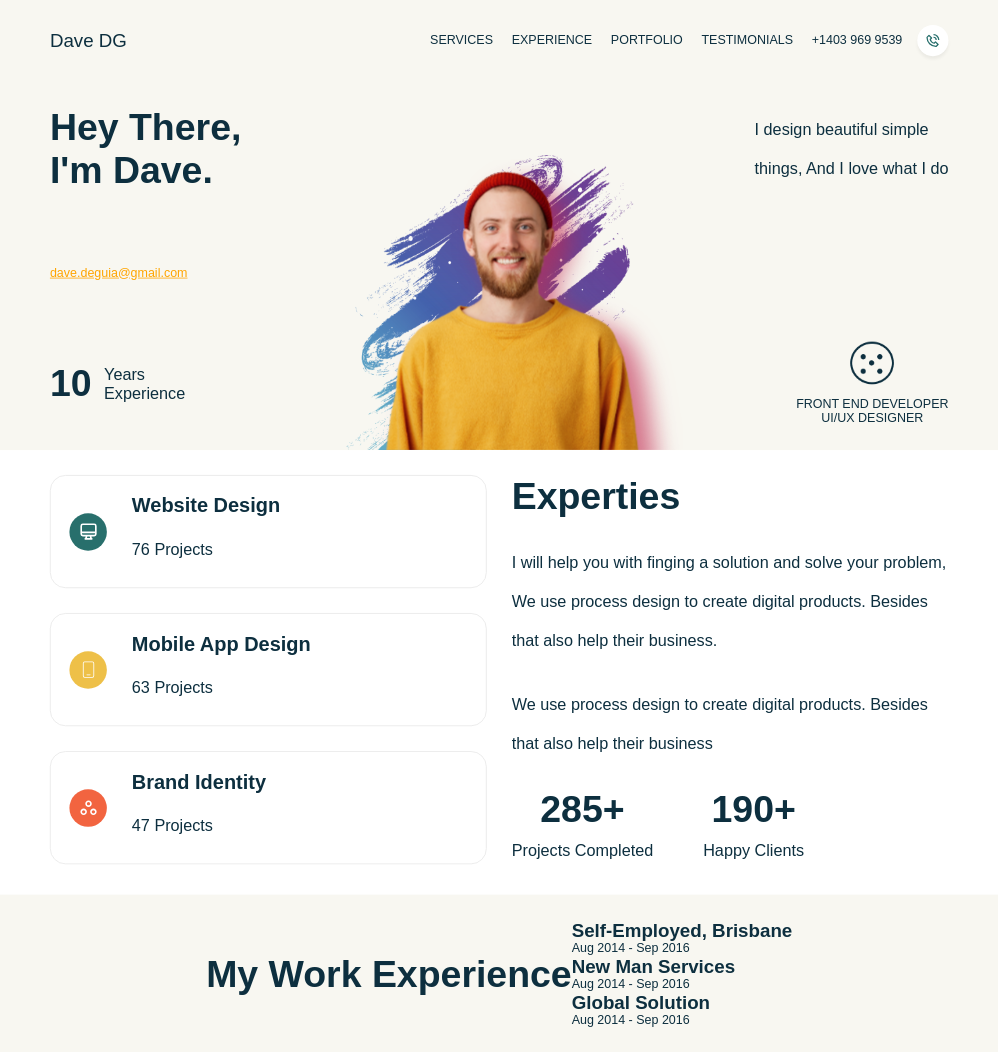
Repository: davedeguia/framer-motion-portfolio
Page: /
These files come from the project's save history. The page is drawn as it stood at one moment and after the next save; the edit follows.
The browser window is 1280 px wide. The pictures show the whole page, at 78% of full size.
Some web fonts or font styles are not loaded; a fallback is used. The project was rebuilt for these pictures with package versions that can differ from the ones it lists, and the page was loaded fresh each time. Also part of the build but not shown: vite.config.js, src/components/Works/Works.module.scss.

Above is the page before, as saved 2023-02-10 17:23:46.

### index.html
<!DOCTYPE html>
<html lang="en">
  <head>
    <meta charset="UTF-8" />
    <link rel="icon" type="image/svg+xml" href="/vite.svg" />
    <meta name="viewport" content="width=device-width, initial-scale=1.0" />
    <link rel="stylesheet" href="https://stijndv.com/fonts/Eudoxus-Sans.css" />
      <title>Dave DG</title>
  </head>
  <body>
    <div id="root"></div>
    <script type="module" src="/src/main.jsx"></script>
  </body>
</html>

### src/main.jsx
import React from 'react'
import ReactDOM from 'react-dom/client'
import App from './App'
import './styles/index.css'
import './styles/global.scss'

ReactDOM.createRoot(document.getElementById('root')).render(
  <React.StrictMode>
    <App />
  </React.StrictMode>
)

### src/App.jsx
import Experties from './components/Experties/Experties'
import Header from './components/Header/Header'
import Hero from './components/Hero/Hero'
import Works from './components/Works/Works'
import css from './styles/app.module.scss'

const App = () => {
  return (
    <div className={`bg-primary ${css.container}`}>
      <Header />
      <Hero />
      <Experties />
      <Works />
    </div>
  )
}

export default App

### src/styles/index.css
* {
    margin: 0;
    padding: 0;
    box-sizing: border-box;
    scroll-behavior: smooth;
    font-family: "Eudoxus Sans", sans-serif;
  }

### src/styles/global.scss
@import './constants.scss';

.bg-primary {
  background: #F8F7F1;
}

.innerWidth {
  @media (min-width: $xxl) {
    max-width: 1280px;
    margin: auto;
  }

  width: 100%;
}

.paddings {
  @media (min-width: $sm) {
    padding: 4rem;
  }


  @media (min-width: $xl),
  (min-width: $md) {
    padding-top: 2rem;
    padding-bottom: 2rem;
  }

  padding-left: 1.5rem;
  padding-right: 1.5rem;
  padding-top: 1.5rem;
  padding-bottom: 1.5rem;
}



.xPaddings {
  @media (min-width: $sm) {
    padding-left: 4rem;
    padding-right: 4rem;
  }

  padding-left: 1.5rem;
  /* 24px */
  padding-right: 1.5rem;
  /* 24px */
}

.yPaddings {
  @media (min-width: $sm) {
    padding-top: 4rem;
    padding-bottom: 4rem;
  }

  @media (min-width: $xl) {
    padding-top: 2rem;
    padding-bottom: 2rem;
  }

  padding-top: 3rem;
  padding-bottom: 3rem;
}

.topPaddings {
  @media (min-width : $sm) {
    padding-top: 4rem;
  }

  @media (min-width: $xl) {
    padding-top: 2rem;
  }

  padding-top: 3rem;
}


.bottomPaddings {
  @media (min-width : $sm) {
    padding-bottom: 4rem;
  }

  @media (min-width: $xl) {
    padding-bottom: 2rem;
  }

  padding-bottom: 3rem;
}


.flexCenter {
  display: flex;
  justify-content: center;
  align-items: center;
}

.flexStart {
  display: flex;
  justify-content: start;
  align-items: center;
}

.flexEnd {
  display: flex;
  justify-items: end;
}

.primaryText {
  @media (max-width: $sm) {
    font-size: 2.5rem;
  }
  font-size: 3rem;
  font-weight: bold;
}

.secondaryText {
  @media (max-width: $sm) {
    font-size: 1.1rem;
    line-height: 40px;
  }
  line-height: 50px;
  font-size: 1.3rem;
  font-weight: 500
}
.anchor {
  display: block;
  position: relative;
  top: -100px;
  visibility: hidden;
}

### src/components/Experties/Experties.jsx
import React from 'react'
import css from './Experties.module.scss'
import { projectExperience, WhatDoIHelp } from '../../utils/data'
import { motion } from 'framer-motion'
import { fadeIn, staggerContainer, textVariant } from '../../utils/motion.js'

const Experties = () => {
  return (
    <motion.section
      variants={staggerContainer}
      initial='hidden'
      whileInView='show'
      viewport={{ once: false, amount: 0.25 }}
      className={css.wrapper}
    >
      <div
        className={`paddings yPaddings flexCenter innerWidth ${css.container}`}
      >
        <div className={css.leftSide}>
          {projectExperience.map((exp, i) => {
            return (
              <motion.div
                variants={fadeIn('right', 'tween', (i + 1) * 0.2, 1)}
                className={css.exp}
                key={i}
              >
                <div className='flexCenter' style={{ background: exp.bg }}>
                  <exp.icon size={25} color='white' />
                </div>

                <div>
                  <span>{exp.name}</span>
                  <span className='secondaryText'>{exp.projects} Projects</span>
                </div>
              </motion.div>
            )
          })}
        </div>
        <motion.div variants={textVariant(0.5)} className={css.rightSide}>
          <span className='primaryText'>Experties </span>
          {WhatDoIHelp.map((paragraph, i) => {
            return (
              <span className='secondaryText' key={i}>
                {paragraph}
              </span>
            )
          })}

          <div className={`flexCenter ${css.stats}`}>
            <div className={`flexCenter ${css.stat}`}>
              <span className='primaryText'>285+</span>
              <span className='secondaryText'>Projects Completed</span>
            </div>

            <div className={`flexCenter ${css.stat}`}>
              <span className='primaryText'>190+</span>
              <span className='secondaryText'>Happy Clients</span>
            </div>
          </div>
        </motion.div>
      </div>
    </motion.section>
  )
}

export default Experties

### src/components/Header/Header.jsx
import React, { useState } from 'react'
import css from './Header.module.scss'
import { BiMenuAltRight, BiPhoneCall } from 'react-icons/bi'
import { motion } from 'framer-motion'
import { getMenuStyles, headerVariants } from '../../utils/motion'
import useHeaderShadow from '../../hooks/useHeaderShadow'

const Header = () => {
  const [menuOpened, setMenuOpened] = useState(false)
  const headerShadow = useHeaderShadow()
  return (
    <motion.div
      initial='hidden'
      whileInView='show'
      variants={headerVariants}
      viewport={{ once: false, amount: 0.25 }}
      className={`paddings ${css.wrapper}`}
      style={{ boxShadow: headerShadow }}
    >
      <div className={`flexCenter innerWidth ${css.container}`}>
        <div className={css.name}>Dave DG</div>
        <ul
          style={getMenuStyles(menuOpened)}
          className={`flexCenter ${css.menu}`}
        >
          <li>
            <a href=''>Services</a>
          </li>

          <li>
            <a href=''>Experience</a>
          </li>

          <li>
            <a href=''>Portfolio</a>
          </li>

          <li>
            <a href=''>Testimonials</a>
          </li>

          <li className={`flexCenter ${css.phone}`}>
            <p>+1403 969 9539</p>
            <BiPhoneCall size={'40px'} />
          </li>
        </ul>
        {/* for medium and small screens */}
        <div
          className={css.menuIcon}
          onClick={() => setMenuOpened((prev) => !prev)}
        >
          <BiMenuAltRight size={30} />
        </div>
      </div>
    </motion.div>
  )
}

export default Header

### src/components/Hero/Hero.jsx
import React from 'react'
import css from './Hero.module.scss'
import { motion } from 'framer-motion'
import { fadeIn, slideIn, staggerContainer } from '../../utils/motion'

const Hero = () => {
  return (
    <section className={`paddings ${css.wrapper}`}>
      <motion.div
        variants={staggerContainer}
        initial='hidden'
        whileInView='show'
        viewport={{ once: false, amount: 0.25 }}
        className={`innerWidth ${css.container}`}
      >
        {/* upper elements */}
        <div className={css.upperElements}>
          <motion.span
            variants={fadeIn('right', 'tween', 0.2, 1)}
            className='primaryText'
          >
            Hey There, <br /> I'm Dave.
          </motion.span>
          <motion.span
            variants={fadeIn('left', 'tween', 0.4, 1)}
            className='secondaryText'
          >
            I design beautiful simple <br /> things, And I love what I do
          </motion.span>
        </div>

        {/* person image */}
        <motion.div
          variants={fadeIn('up', 'tween', 0.3, 1)}
          className={css.person}
        >
          <motion.img
            variants={slideIn('up', 'tween', 0.5, 1.3)}
            src='./person.png'
            alt=''
          />
        </motion.div>

        {/* email */}
        <a className={css.email} href='mailto:dave.deguia@gmail.com'>
          dave.deguia@gmail.com
        </a>

        {/* lower elements */}
        <div className={css.lowerElements}>
          <div className={css.experience}>
            <div className='primaryText'>10</div>
            <div className='secondaryText'>
              <div>Years</div>
              <div>Experience</div>
            </div>
          </div>
          <div className={css.certificate}>
            <img src='./certificate.png' alt='' />
            <span>FRONT END DEVELOPER</span>
            <span>UI/UX DESIGNER</span>
          </div>
        </div>
      </motion.div>
    </section>
  )
}

export default Hero

### src/components/Works/Works.jsx
import React from 'react'
import css from './Works.module.scss'
import { motion } from 'framer-motion'
import { staggerChildren } from '../../utils/motion.js'
import { workExp } from '../../utils/data'

const Works = () => {
  return (
    <motion.section
      variants={staggerChildren}
      initial='hidden'
      whileInView='show'
      viewport={{ once: false, amount: 0.25 }}
      className={`paddings ${css.wrapper}`}
    >
      <div className={`flexCenter innerWidth ${css.container}`}>
        <span className='primaryText yPaddings'>My Work Experience</span>
        <div className={css.experiences}>
          {workExp.map((exp, i) => {
            return (
              <div className={css.exp} key={i}>
                <div className={css.post}>
                  <h1>{exp.place}</h1>
                  <p>{exp.tenure}</p>
                </div>
                <div className={css.role}></div>
              </div>
            )
          })}
        </div>
      </div>
    </motion.section>
  )
}

export default Works

### src/styles/app.module.scss
@import './constants.scss';

.container{
    overflow-x: clip;
    position: relative;
    color: $primary;

}

### src/components/Experties/Experties.module.scss
@import './../../styles/constants.scss';

.wrapper {
    background: white;

    .container {
        align-items: flex-start;
        gap: 2rem;
        flex-wrap: wrap;
        >div {
            flex: 1;
        }

        .leftSide {
            display: flex;
            flex-direction: column;
            gap: 2rem;

            .exp {
                display: flex;
                align-items: center;
                border: 1px solid $secondary-white;
                border-radius: 20px;
                padding: 1.5rem;
                gap: 2rem;
                transition: all 200ms ease-out;

                &hover {
                    cursor: pointer;
                    box-shadow: 0px 21px 13px rgba(0, 0, 0, 0.04);
                }

                //icon circles
                >:nth-child(1) {
                    padding: 10px;
                    width: 3rem;
                    height: 3rem;
                    border-radius: 999px;
                }

                //description
                >:nth-child(2) {
                    display: flex;
                    flex-direction: column;
                    gap: 1rem;

                    >:nth-child(1) {
                        font-size: 1.6rem;
                        font-weight: bold;
                    }
                }

            }
        }

        .rightSide {
            @media (max-width: $sm) {
                text-align: center;
            }
            display: flex;
            flex-direction: column;
            gap: 2rem;

            .stats {
                justify-content: flex-start;
                gap: 4rem;

                .stat {
                    flex-direction: column;
                    justify-content: flex-start;
                }
            }
        }
    }
}

### src/utils/motion.js
export const headerVariants = {
  hidden: {
    opacity: 0,
    y: -50,
    transition: {
      type: 'spring',
      stiffness: 300,
      damping: 140,
    },
  },
  show: {
    opacity: 1,
    y: 0,
    transition: {
      type: 'spring',
      stiffness: 80,
      delay: 1,
    },
  },
}

export const slideIn = (direction, type, delay, duration) => ({
  hidden: {
    x: direction === 'left' ? '-100%' : direction === 'right' ? '100%' : 0,
    y: direction === 'up' ? '100%' : direction === 'down' ? '100%' : 0,
  },
  show: {
    x: 0,
    y: 0,
    transition: {
      type,
      delay,
      duration,
      ease: 'easeOut',
    },
  },
})

export const staggerContainer = (staggerChildren, delayChildren) => ({
  hidden: {},
  show: {
    transition: {
      staggerChildren,
      delayChildren,
    },
  },
})

export const textVariant = (delay) => ({
  hidden: {
    y: 50,
    opacity: 0,
  },
  show: {
    y: 0,
    opacity: 1,
    transition: {
      type: 'spring',
      duration: 1.25,
      delay,
    },
  },
})

export const textVariant2 = {
  hidden: {
    opacity: 0,
    y: 20,
  },
  show: {
    opacity: 1,
    y: 0,
    transition: {
      type: 'tween',
      ease: 'easeIn',
    },
  },
}

export const fadeIn = (direction, type, delay, duration) => ({
  hidden: {
    x: direction === 'left' ? 100 : direction === 'right' ? -100 : 0,
    y: direction === 'up' ? 100 : direction === 'down' ? -100 : 0,
    opacity: 0,
  },
  show: {
    x: 0,
    y: 0,
    opacity: 1,
    transition: {
      type,
      delay,
      duration,
      ease: 'easeOut',
    },
  },
})

export const zoomIn = (delay, duration) => ({
  hidden: {
    scale: 0,
    opacity: 0,
  },
  show: {
    scale: 1,
    opacity: 1,
    transition: {
      type: 'tween',
      delay,
      duration,
      ease: 'easeOut',
    },
  },
})

export const footerVariants = {
  hidden: {
    opacity: 0,
    y: 50,
    transition: {
      type: 'spring',
      stiffness: 300,
      damping: 140,
    },
  },
  show: {
    opacity: 1,
    y: 0,
    transition: {
      type: 'spring',
      stiffness: 80,
      delay: 0.5,
    },
  },
}

export const staggerChildren = {
  hidden: { opacity: 0 },
  show: {
    opacity: 1,
    transition: {
      staggerChildren: 0.5,
    },
  },
}

export const getMenuStyles = (menuOpened) => {
  if (document.documentElement.clientWidth <= 640) {
    return { right: !menuOpened && '-100%' }
  }
}

### src/components/Header/Header.module.scss
@import './../../styles/constants.scss';

.wrapper {
    position: relative;
    z-index: 99;
    opacity: 1;
    transform: none;
    position: sticky;
    top: 0px;
    transition: all 300ms ease;

    .container {
        position: relative;
        justify-content: space-between;
        font-weight: 500;

        .name {
            font-size: 1.5rem;
            font-weight: 500;
        }

        .menu {

            @media (max-width: $sm),
            (max-width: $md) {
                position: absolute;
                list-style: none;
                gap: 2rem;
                font-weight: 500;
                flex-direction: column;
                right: 0;
                top: 3rem;
                height: calc(100vh - 6.3rem);
                width: 50%;
                min-width: 15rem;
                background: white;
                padding: 2rem;
                display: flex;
                border-radius: 10px;
                transition: all 200ms ease;
                align-items: flex-start;
                padding: 3rem;
                justify-content: flex-start;
                box-shadow: 0px 4px 4px rgba(0, 0, 0, 0.05);
            }

            text-transform: uppercase;
            font-size: 1rem;
            list-style: none;
            gap: 1.5rem;
            cursor: pointer;

            li {
                a {
                    color: inherit;
                    text-decoration: none;
                }

                &:hover {
                    color: $secondary;
                }
            }

            .phone {
                gap: 1.2rem;
                flex-wrap: wrap;

                svg {
                    color: $secondary;
                    background-color: white;
                    padding: 10px;
                    border-radius: 999px;
                    box-shadow: 0px 4px 4px rgba(0, 0, 0, 0.05);
                }
            }
        }



        .menuIcon {

            @media (max-width: $sm),
            (max-width: $md) {
                display: block;
            }

            display: none;
        }
    }
}

### src/components/Hero/Hero.module.scss
@import './../../styles/constants.scss';

.wrapper {
    overflow: hidden;

    .container {
        position: relative;
        z-index: 1;

        .upperElements {
            @media (max-width: $sm) {
                justify-content: center;
                text-align: center;
                gap: 2rem;
            }
            display: flex;
            align-items: center;
            justify-content: space-between;
            flex-wrap: wrap;
        }

        .lowerElements {
            @media (max-width: $sm), (max-width: $md) {
                margin-top: 4rem;
                gap: 2rem;
                justify-content: center;
            }
            margin-top: 12rem;
            display: flex;
            flex-wrap: wrap;
            justify-content: space-between;

            .experience {
                display: flex;
                align-items: center;
                gap: 1rem;

                >:nth-child(2) {
                    line-height: 25px;
                }
            }

            .certificate {
                display: flex;
                flex-direction: column;
                align-items: center;

                img {
                    margin-bottom: 1rem;
                    width: 3.5rem;
                }
            }
        }

        .person {
            @media (max-width: $sm), (max-width: $md) {
                position: relative;
                left: 0;
                background-size: 20rem;
                display: flex;
                align-items: center;
                justify-content: center;
                background-position: bottom;
            }
            position: absolute;
            bottom: -2rem;
            margin: auto;
            background-image: url('../splash.png');
            background-repeat: no-repeat;
            background-size: 23rem;
            left: 33%;

            img {
                @media (max-width: $sm) {
                    width: 23rem;
                }
                margin-bottom: -5px;
            }
        }

        .email {
            @media (max-width: $sm) {
                position: relative;
                display: none;
            }
            position: absolute;
            top: 50%;
            color: orange;
            left: 0;
        }
    }
}

Loaded but not shown: src/styles/constants.scss (common file); src/hooks/useHeaderShadow.jsx (common file); src/utils/data.js (156 lines, source omitted)

After the next save:
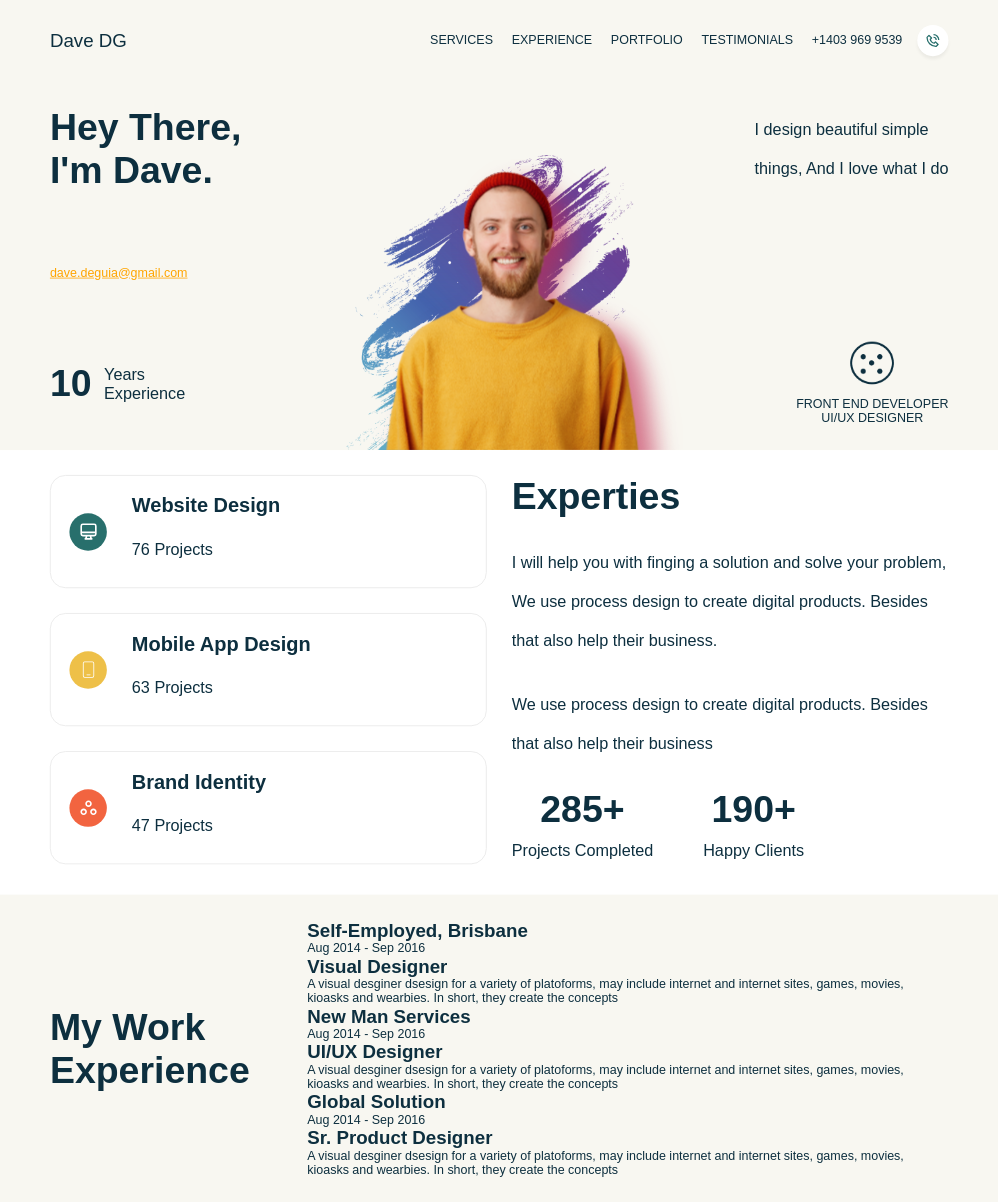
Saved 36 s later.
--- a/src/components/Works/Works.jsx
+++ b/src/components/Works/Works.jsx
@@ -23,7 +23,10 @@ const Works = () => {
                   <h1>{exp.place}</h1>
                   <p>{exp.tenure}</p>
                 </div>
-                <div className={css.role}></div>
+                <div className={css.role}>
+                  <h1>{exp.role}</h1>
+                  <p>{exp.detail}</p>
+                </div>
               </div>
             )
           })}
